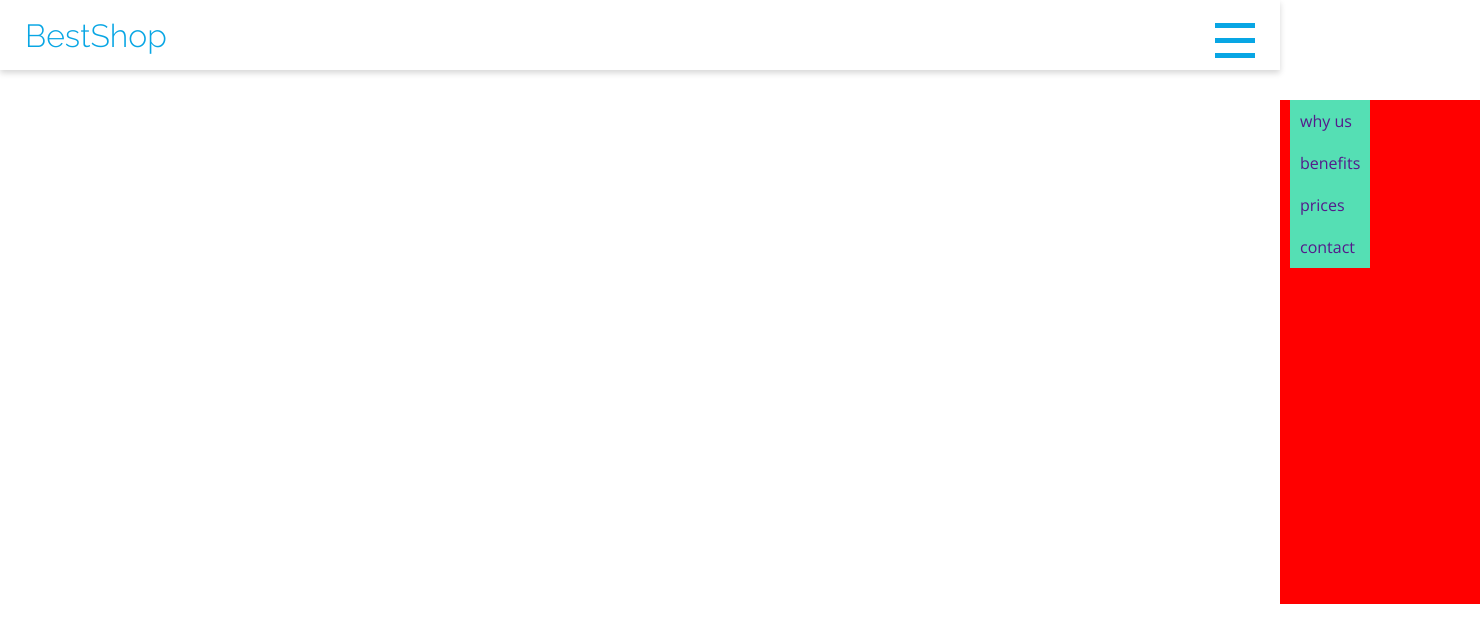
Repository: artwol993/BestShop
Page: index.html
These files come from the project's save history. The page is drawn as it stood at one moment and after the next save; the edit follows.
The browser window is 1280 px wide. The page is 1480 px wide, so the pictures cover 1480 px, including what lies to the right of the window. The pictures show the whole page.
The style sheet was rebuilt from its Sass, Less or Tailwind sources for each picture, by a compiler version that may differ from the author's.

Above is the page before, as saved 2020-05-26 23:26:22.

### index.html
<!DOCTYPE html>
<html lang="en">
<head>
    <meta charset="UTF-8">
    <meta name="viewport" content="width=device-width, initial-scale=1.0">
    <title>BestShop[artwol993]</title>
    <link rel="stylesheet" href="css/main.css">
    <style>
        @import url('https://fonts.googleapis.com/css2?family=Open+Sans:wght@400;700&display=swap');
    </style>
    <style>
        @import url('https://fonts.googleapis.com/css2?family=Raleway:wght@300;400;700;800&display=swap');
    </style>
</head>
<body>
    <div class="main--container">
        <header>
            <div class="logo">BestShop</div>
            <nav class="nav">
                <button class="hamburger"></button>
                <div class="side__menu">
                    <ul class="nav__list">
                        <li class="nav__list-item"><a href="" class="nav__link">why us</a></li>
                        <li class="nav__list-item"><a href="" class="nav__link">benefits</a></li>
                        <li class="nav__list-item"><a href="" class="nav__link">prices</a></li>
                        <li class="nav__list-item"><a href="" class="nav__link">contact</a></li>
                    </ul>
                </div>
            </nav>
        </header>

        <!-- <main>
            <div class="welcome">
                <h1>Sell More!</h1>
                <p>Open shop on our platform and incrase your sales</p>
                <button>Open your shop</button>
            </div>
            <div class="stats">
                <h2>The most popular sales platform in country</h2>
                <div class="stats__container">
                    <stats__bin>
                        <div class="stats-circle"></div>
                        <img src="./assets/Person.svg" alt="person-contour">
                        <span>100000+</span>
                        <p></p>
                    </stats__bin>
                    <stats__bin>
                        <div class="stats-circle"></div>
                        <img src="./assets/Eye.svg" alt="person-contour">
                        <span>200000+</span>
                        <p></p>
                    </stats__bin>
                    <stats__bin>
                        <div class="stats-circle"></div>
                        <img src="./assets/Catalog.svg" alt="person-contour">
                        <span>10000+</span>
                        <p></p>
                    </stats__bin>
                </div>
            </div>
            <div class="profits"></div>
            <div class="pricing"></div>
            <div class="formulage"></div>
        </main>


        <footer>
            <div class="logo">BestShop</div>
            <div class="footer-icon"></div>
            <div class="footer-icon"></div>
        </footer>
    </div>
</body>
</html> -->

### scss/main.scss
    $c-primary-first: #08a6e4;
    $c-primary-second: #fb3b64;
    $c-primary-third: #55dfb4;
    $c-black: #000000;
    $c-white: #ffffff;
    $c-background: #f7f7f7;
    $c-details: #a5a5a5;
    $c-shadow: #00000029;
    $f-h: 'Raleway', sans-serif;
    $f-p: 'Open Sans', sans-serif;
    $fw-light: 300;
    $fw-normal: 400;
    $fw-bold: 700;
    $fw-black: 800;

/*reset*/

  * {
      margin: 0;
      padding: 0;
      box-sizing: border-box;
  }

  /* fonts */

  a, p, ul, span {
    font-family: $f-p;
  }

  h1 {
    font-size: 3.063rem;
    font-weight: $fw-normal;
    font-family: $f-h;
    color: $c-black;
  }

  h2 {
    font-size: 2.25rem;
    font-weight: $fw-light;
    margin: 5px 45px;
    font-family: $f-h;
    color: $c-black;
  }

  h3 {
    font-size: 1.25rem;
    font-weight: $fw-bold;
    margin: 5px;
    font-family: $f-h;
    color: $c-black;
  }

  .logo {
    font-size: 2rem;
    font-weight: $fw-light;
    font-family: $f-h;
    color: $c-primary-first;
    text-decoration: none;
    cursor: pointer;
  }

  /*header*/
  header {
      height: 70px;
      display: flex;
      align-items: center;
      justify-content: space-between;
      padding: 0 25px;
      box-shadow: 0px 3px 6px $c-shadow;
  }

  .hamburger {
    width: 40px;
    height: 20px;
    border: 0;
    border-top: 5px solid $c-primary-first;
    background: transparent;
    position: relative;
    transition: 0.3s transform linear;
  }
  .hamburger::before, .hamburger::after {
      content: "";
      position: absolute;
      top: 0;
      left: 0;
      width: 100%;
      border-top: 5px solid $c-primary-first;
      transform: translateY(10px);
  }

  .hamburger::after {
      transform: translateY(25px);
      transition: 0.3s transform linear;
  }

  .hamburger:focus {
      transform: rotate(45deg) translateY(10px);
      border: none;
  }
  .hamburger:focus::after {
      transform: rotate(-90deg) translateX(-10px);
  }

  .side__menu {
    display: flex;
    box-sizing: border-box;
    position: absolute;
    height: 70%;
    width: 200px;
    top: 100px;
    right: -200px;
    padding: 0;
    background-color: red;
    transition: 0.3s transform ease-in-out;
  }

  .side__menu ul {
    position: absolute;
    display: flex;
    flex-direction: column;
    box-sizing: border-box;
    height: calc(100% - 70px);
    flex-wrap: wrap;
    margin: 0 10px;
    padding: 0;
    list-style-type: none;
    align-content: flex-start;
  }

  .side-__menu ul li {
    display: flex;
    flex-direction: column;
    height: 30px;
    background: $c-primary-second;
    flex-basis: 100%;
    margin-top: 70px;
    color: #696e9e;
    border-radius: 5px;
    overflow: hidden;

  }

  .side__menu ul li a {
    display: flex;
    padding: 10px;
    align-items: center;
    width: 100%;
    height: 100%;
    background: $c-primary-third;
    text-decoration: none;
    box-sizing: border-box;
  }

  .hamburger:focus ~ .side__menu, .side__menu:hover {
    transform: translateX(-300px);
  }

After the next save:
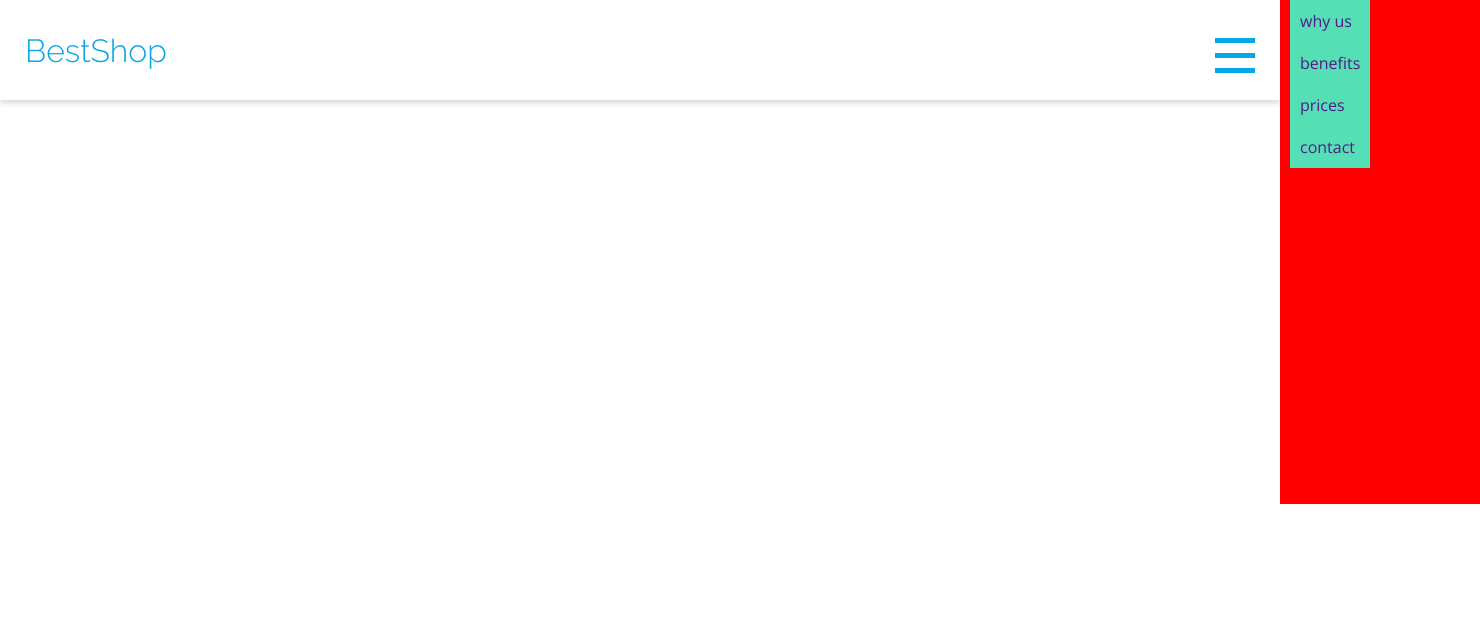
Saved 110 s later.
--- a/scss/main.scss
+++ b/scss/main.scss
@@ -61,7 +61,7 @@
 
   /*header*/
   header {
-      height: 70px;
+      height: 100px;
       display: flex;
       align-items: center;
       justify-content: space-between;
@@ -107,7 +107,7 @@
     position: absolute;
     height: 70%;
     width: 200px;
-    top: 100px;
+    top: 0px;
     right: -200px;
     padding: 0;
     background-color: red;
